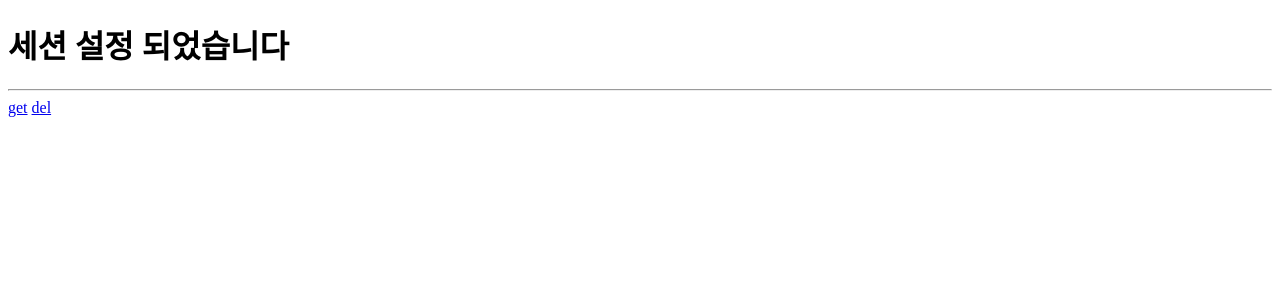
Repository: ryu1917/jsp
Page: http://localhost/jsp03/session/setSession.jsp
The author's editor kept a copy of each file at every save. The page is drawn from the files as they stood at one save, then again after the next save.
The browser window is 1280 px wide. The pictures show the whole page.
The page is served by Tomcat 9.

Above is the page before, as saved 2021-04-23 06:51:20.

After the next save:
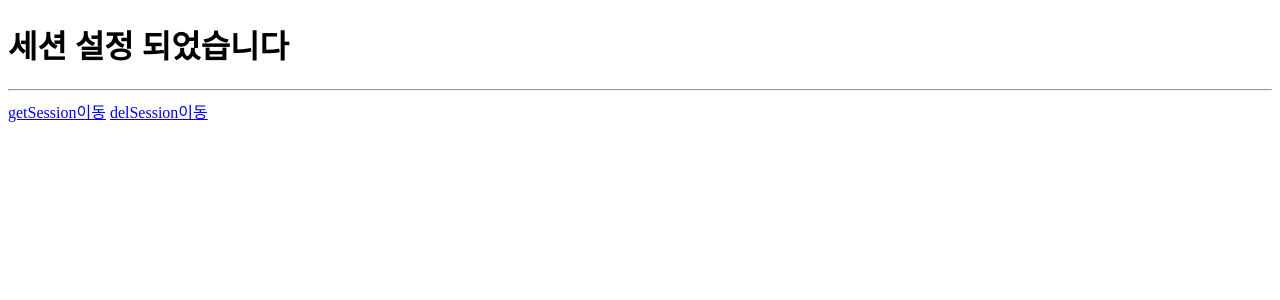
Saved 20 s later.
--- a/workspace/jsp03/src/main/webapp/session/setSession.jsp
+++ b/workspace/jsp03/src/main/webapp/session/setSession.jsp
@@ -13,7 +13,7 @@
 	%>
 	<h1>세션 설정 되었습니다</h1>
 	<hr>
-	<a href="getSession.jsp">get</a>
-	<a href="delSession.jsp">del</a>
+	<a href="getSession.jsp">getSession이동</a>
+	<a href="delSession.jsp">delSession이동</a></a>
 </body>
 </html>
